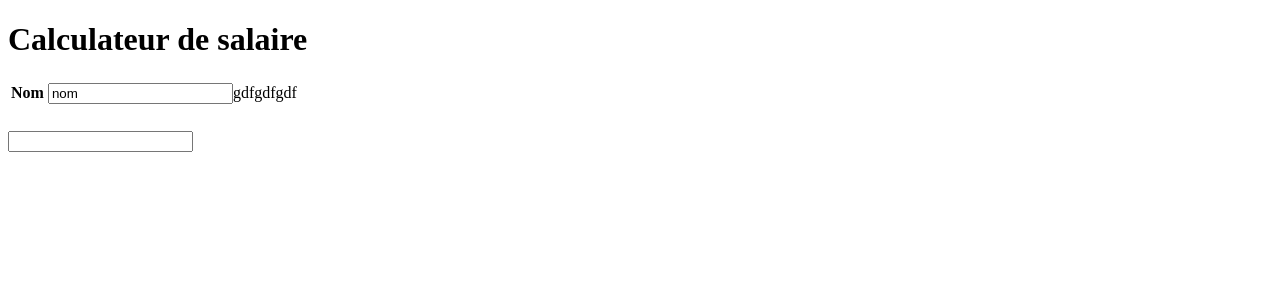
Repository: AgatheLM/formation_js
Page: insee-travaux-js/insee-client-js/tp2.html
The author's editor kept a copy of each file at every save. The page is drawn from the files as they stood at one save, then again after the next save.
The browser window is 1280 px wide. The pictures show the whole page.

Above is the page before, as saved 2018-01-25 09:48:31.

### insee-travaux-js/insee-client-js/tp2.html
<!DOCTYPE html>
<html>
<head>
	<meta charset="utf-8">
	<meta http-equiv="X-UA-Compatible" content="IE=edge">
	<title>TP 2</title>
	<script type="text/javascript" src="scripts/TP2/classe.js"></script>
</head>

<body>
<h1> Calculateur de salaire</h1>
<table>
	<tbody>
		<tr>
			<td> <label for="nom"> <strong> Nom </strong> </label></td>
			<td> <input type="text" id="nom" value="nom">gdfgdfgdf</input></td>
		</tr>
		<tr>
			<td> </td>
			<td> </td>
		</tr>
		<tr>
			<td> </td>
			<td> </td>
		</tr>
		<tr>
			<td> </td>
			<td> </td>
		</tr>
		<tr>
			<td> </td>
			<td> </td>
		</tr>
		<tr>
			<td> </td>
			<td> </td>
		</tr>
		<tr>
			<td> </td>
			<td> </td>
		</tr>
	</tbody>
</table>
<input type
<form>

</form>
</body>

### insee-travaux-js/insee-client-js/scripts/TP2/classe.js
/*******************************************************************************
 * Personnel *
 ******************************************************************************/

function Personnel(nom, anEmbauche, salaireM) {
	// Attributs
	this.nom = nom;
	this.anEmbauche = anEmbauche;
	this.salaireM = salaireM;
}

//Méthodes
Personnel.prototype.getSalaireA = function() {
	return 12 * this.salaireM;
}
Personnel.prototype.getAnciennete = function() {
	var today=new Date();
	var anneeEnCours = today.getFullYear();
	return anneeEnCours-anAmbauche;
}

/*******************************************************************************
 * Developpeur *
 ******************************************************************************/

function Developpeur(nom, anEmbauche, salaireM, nbApp, note) {
	// Attributs parents
	Personnel.call(this, nom, anEmbauche, salaireM);
	// Attributs propres
	this.nbApp = nbApp;
	this.note = note;
}

/*******************************************************************************
 * Commercial *
 ******************************************************************************/

function Commercial(nom, anEmbauche, salaireM, nbClient, caMoy) {
	// Attributs parents
	Personnel.call(this, nom, anEmbauche, salaireM);
	// Attributs propres
	this.nbClient = nbClient;
	this.caMoy = caMoy;
}

//Méthodes
/**On instancie le fait que commercial est une instance de personnel pour pouvoire hériter des méthodes*/
Commercial.prototype= new Personnel();
Commercial.prototype.getSalaireA = function(pourcentage){
	var salaireA = this.constructor.prototype.getSalaireA.call(this);
	return salaireA + (this.caMoy*pourcentage/100);
}

After the next save:
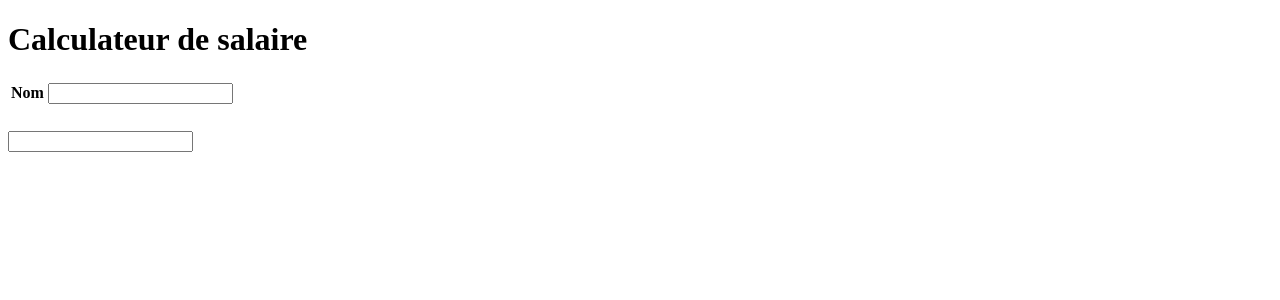
Saved 97 s later.
--- a/insee-travaux-js/insee-client-js/tp2.html
+++ b/insee-travaux-js/insee-client-js/tp2.html
@@ -13,7 +13,7 @@
 	<tbody>
 		<tr>
 			<td> <label for="nom"> <strong> Nom </strong> </label></td>
-			<td> <input type="text" id="nom" value="nom">gdfgdfgdf</input></td>
+			<td> <input type="text" id="nom" name="nom" value=""> </td>
 		</tr>
 		<tr>
 			<td> </td>
